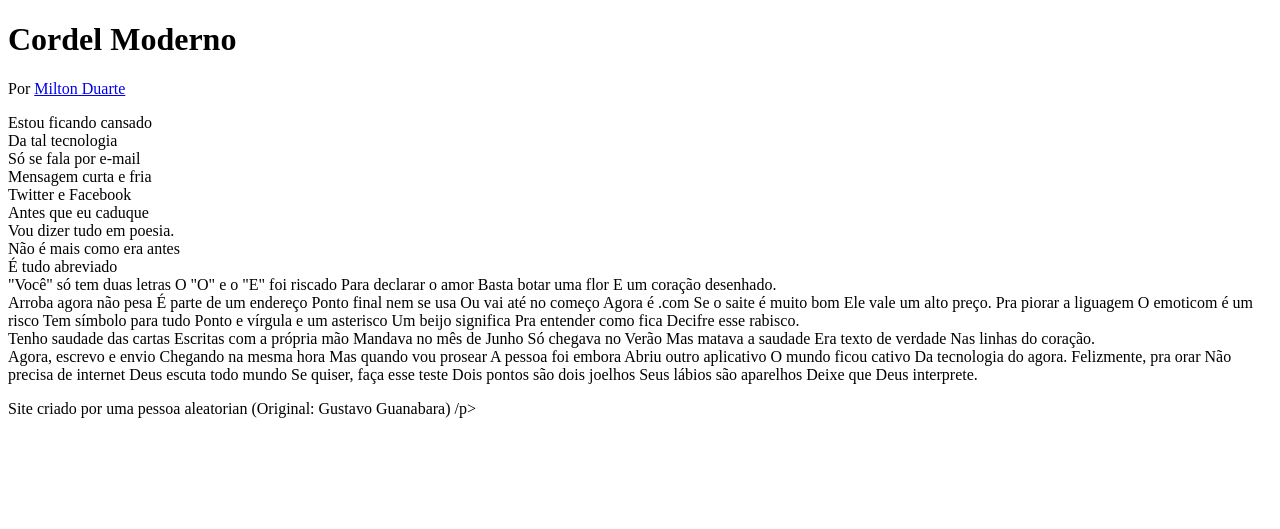
Repository: Codigo404q/html-css
Page: AHAHAHAHAHAHAHHHHHHHHHAHAHAHAHAHAHHAHAH/d012/index.html
An editor plug-in stored every save of this project. The page is shown before and after a run of saves, followed by the edit.
The browser window is 1280 px wide. The pictures show the whole page.

Above is the page before, as saved 2024-01-07 22:41:25.

After the next 4 saves:
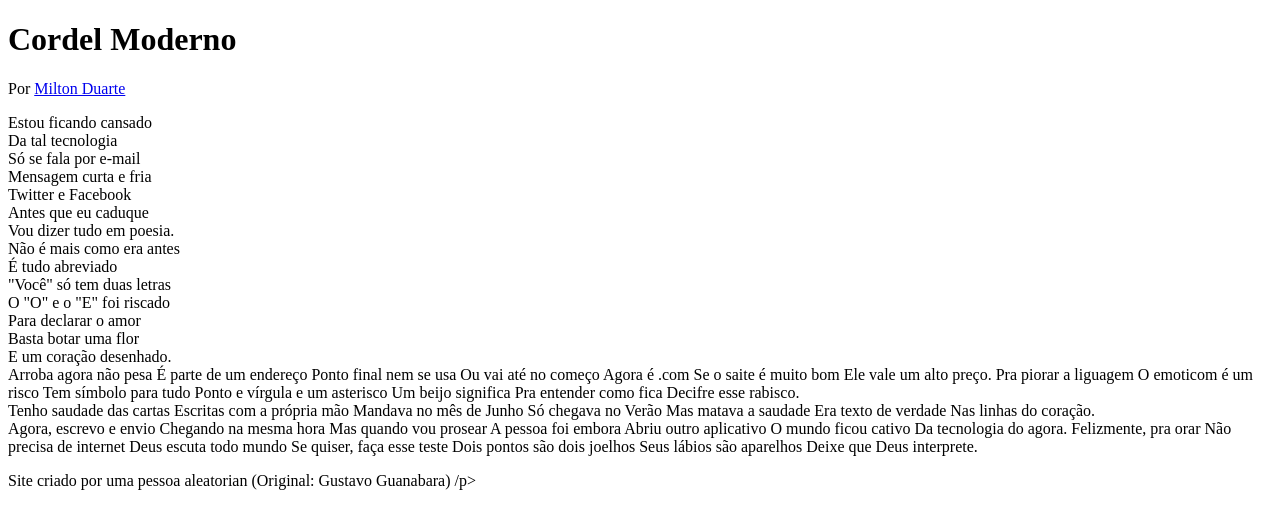
The 4 saves are shown as one change because they came seconds apart.
The last was saved 12 s later.
--- a/AHAHAHAHAHAHAHHHHHHHHHAHAHAHAHAHAHHAHAH/d012/index.html
+++ b/AHAHAHAHAHAHAHHHHHHHHHAHAHAHAHAHAHHAHAH/d012/index.html
@@ -27,10 +27,10 @@
     <section>
         Não é mais como era antes <br>
         É tudo abreviado <br>
-        "Você" só tem duas letras
-        O "O" e o "E" foi riscado
-        Para declarar o amor
-        Basta botar uma flor
+        "Você" só tem duas letras <br>
+        O "O" e o "E" foi riscado <br>
+        Para declarar o amor <br>
+        Basta botar uma flor <br>
         E um coração desenhado.
     </section>
 
